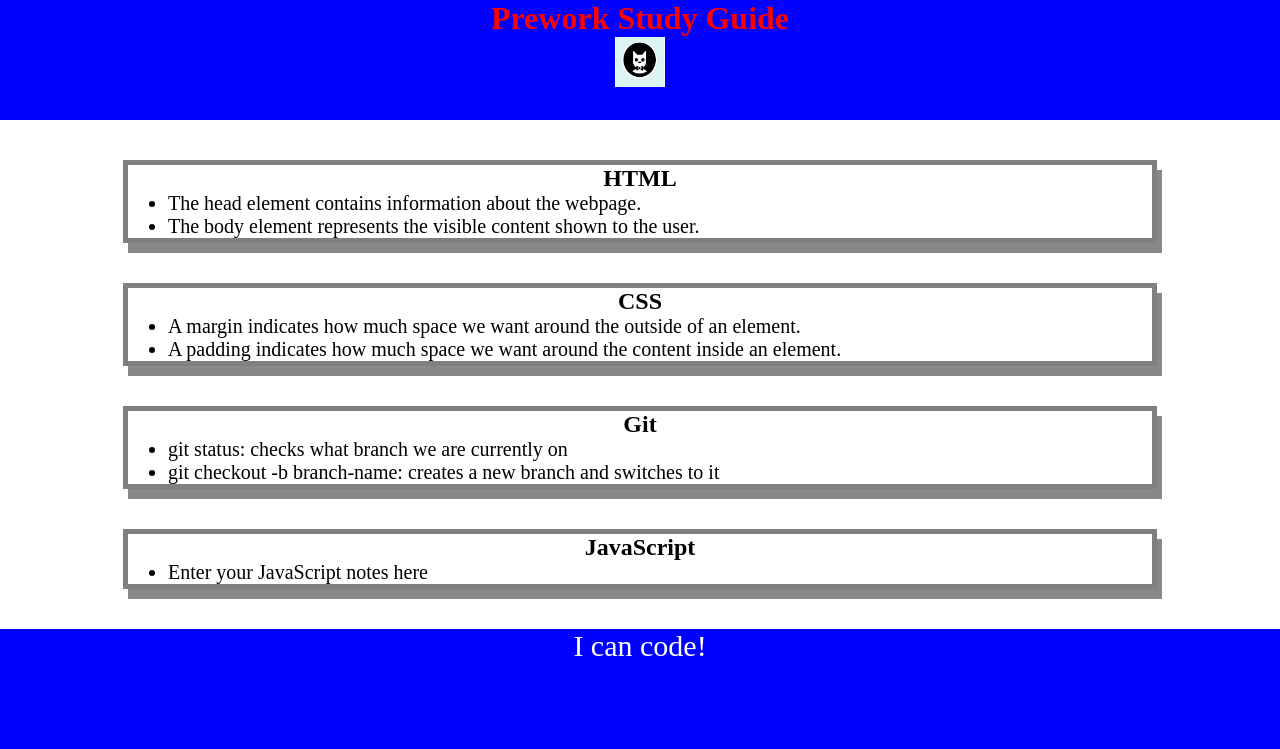
Repository: OKJay50/prework-study-guide
Page: index.html
An editor plug-in stored every save of this project. The page is shown before and after the next save, followed by the edit.
The browser window is 1280 px wide. The pictures show the whole page.

Above is the page before, as saved 2023-04-27 22:30:04.

After the next save:
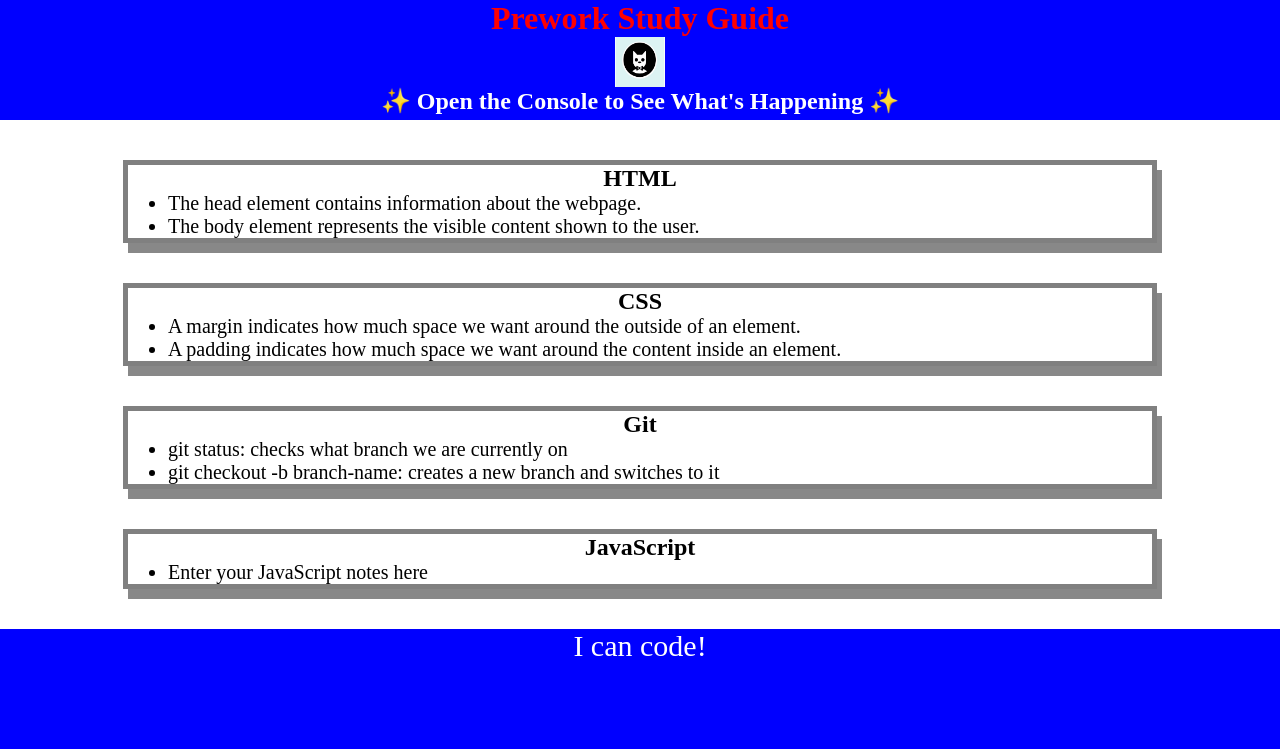
Saved 109 s later.
--- a/index.html
+++ b/index.html
@@ -19,6 +19,7 @@
                 src="./assets/bowtie-cat.png"
                 alt="Profile image of cat wearing a bow tie."
                 />
+                <h2>✨ Open the Console to See What's Happening ✨</h2>
         </header>
         <main>
             <section class="card" id="html-section">
